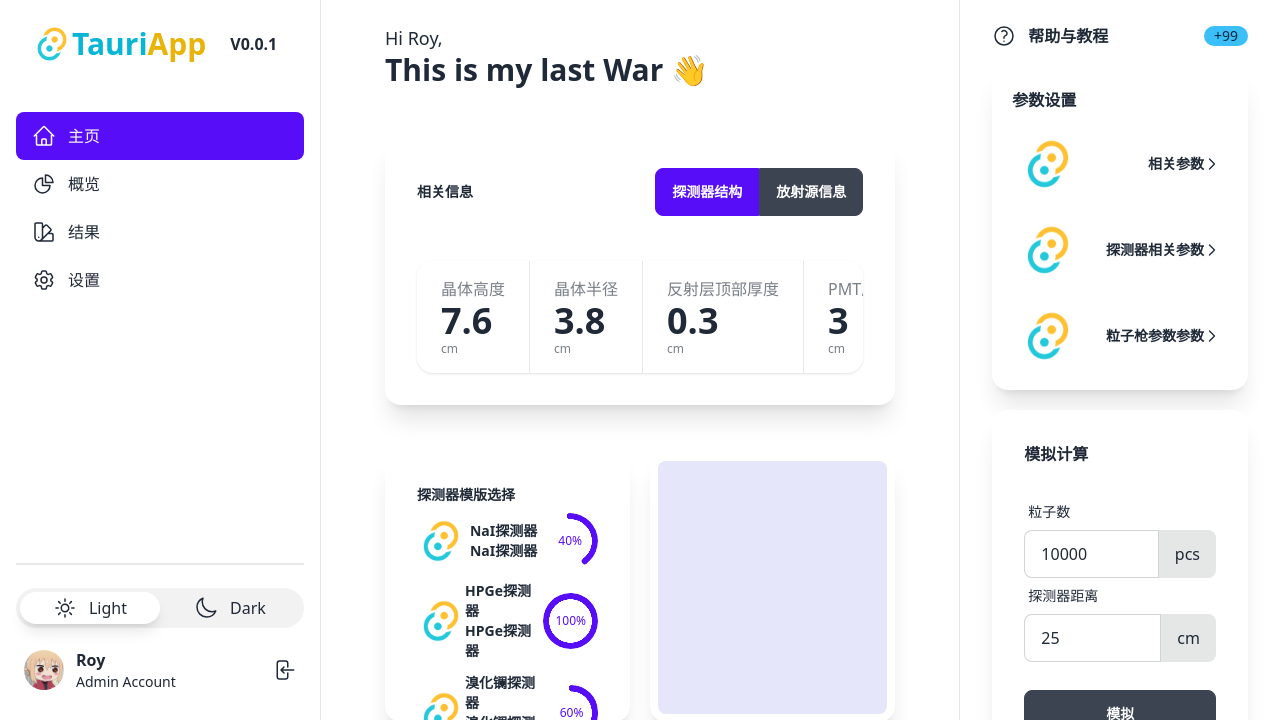
Repository: XMZOVO/tauri-geant4
Page: /
These files come from the project's save history. The page is drawn as it stood at one moment and after the next save; the edit follows.
The browser window is 1280 px wide. The pictures show the whole page.
The page's requests for data from a server got no answer. An inner scrolling area shows only its first screen. The project was rebuilt for these pictures with package versions that can differ from the ones it lists, and the page was loaded fresh each time. No one was signed in, and anything a server would have sent is missing. Also part of the build but not shown: vite.config.ts.

Above is the page before, as saved 2022-09-11 19:06:38.

After the next save:
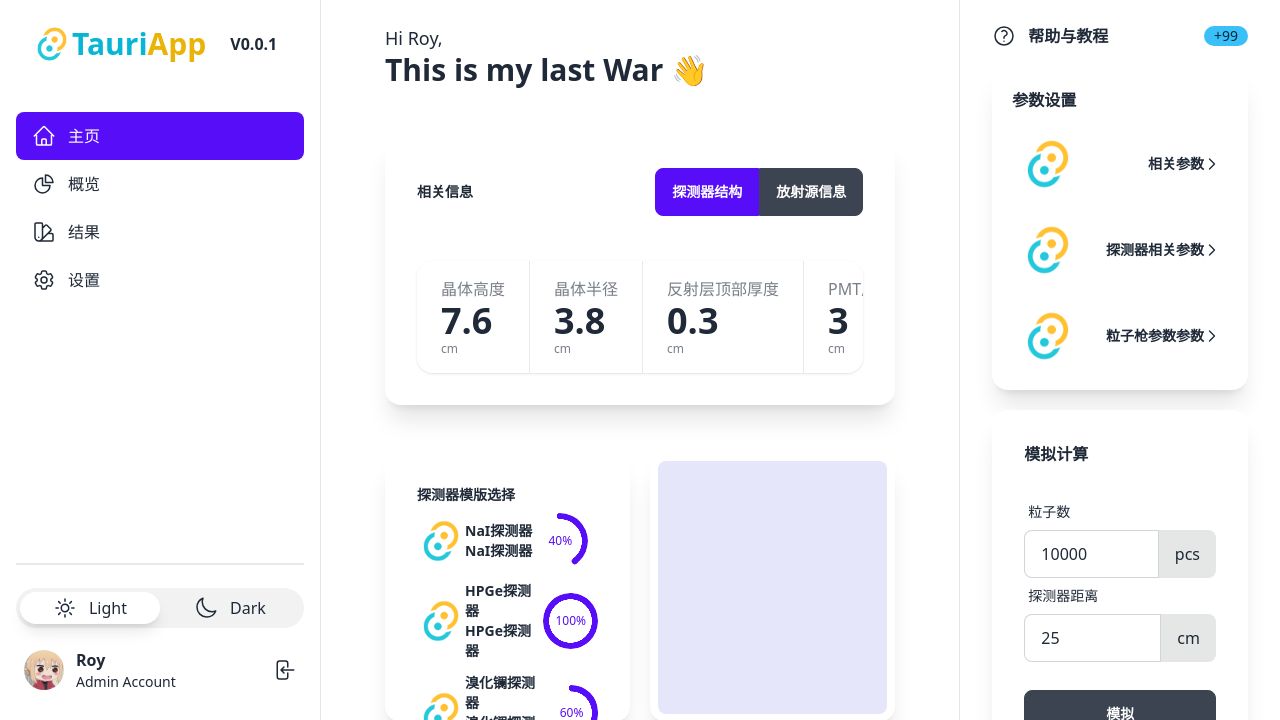
Saved 7 s later.
--- a/src/components/Home.vue
+++ b/src/components/Home.vue
@@ -182,7 +182,7 @@
             <div class="flex flex-col gap-3">
               <div
                 v-for="(item, index) in detectorList"
-                class="flex items-center justify-between"
+                class="flex items-center"
               >
                 <img src="../assets/icon.png" class="h-12 w-12" />
                 <div class="flex flex-col">

After the save that followed:
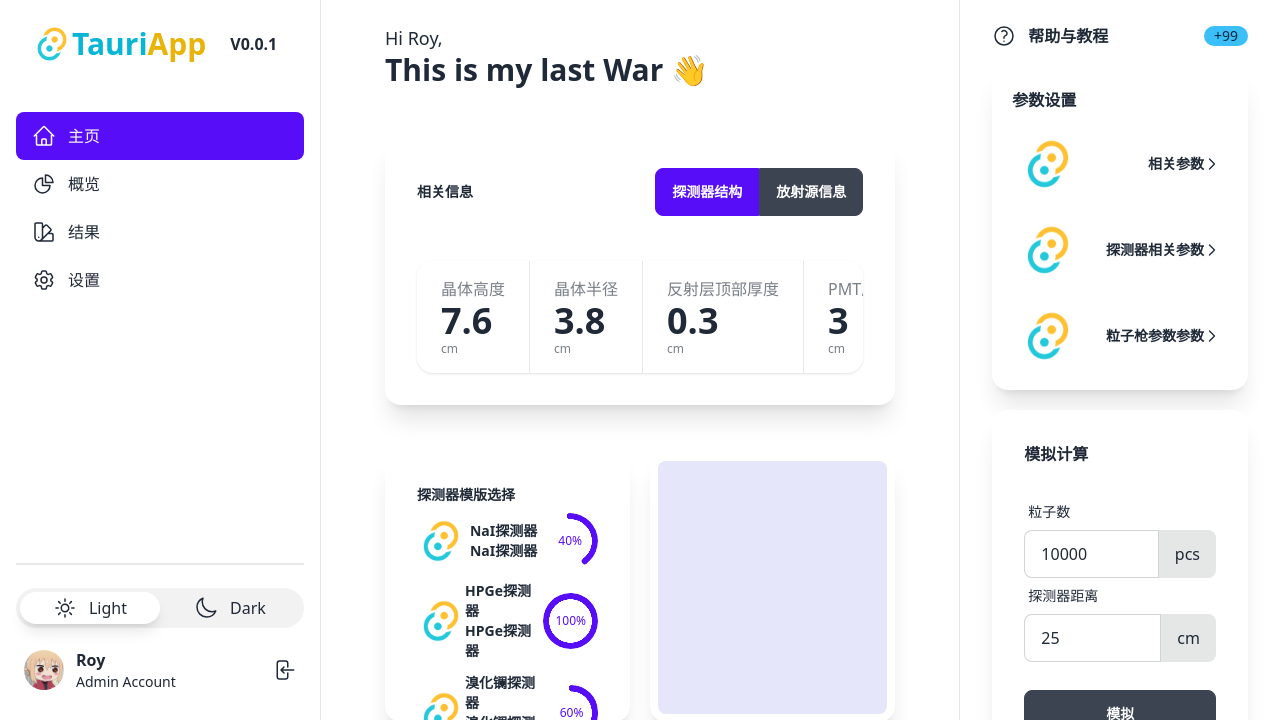
Saved 7 s later.
--- a/src/components/Home.vue
+++ b/src/components/Home.vue
@@ -182,7 +182,7 @@
             <div class="flex flex-col gap-3">
               <div
                 v-for="(item, index) in detectorList"
-                class="flex items-center"
+                class="flex items-center justify-between"
               >
                 <img src="../assets/icon.png" class="h-12 w-12" />
                 <div class="flex flex-col">
